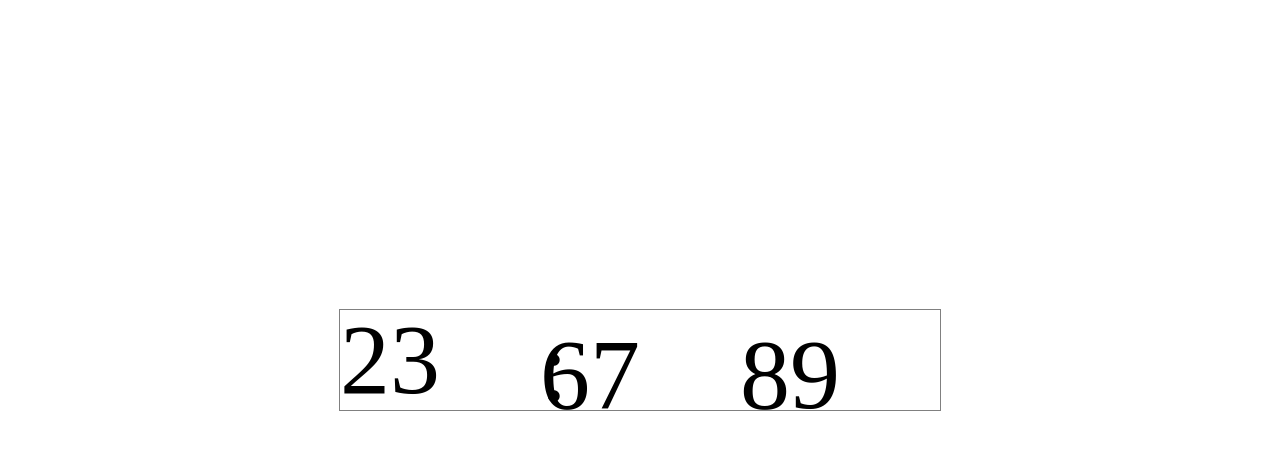
Repository: cbtpro/javascript
Page: src/animation-time/index.html
The author's editor kept a copy of each file at every save. The page is drawn from the files as they stood at one save, then again after the next save.
The browser window is 1280 px wide. The pictures show the whole page.

Above is the page before, as saved 2023-04-05 17:45:19.

### src/animation-time/index.html
<!DOCTYPE html>
<html lang="zh" dir="ltr">

<head>
  <meta charset="utf-8">
  <title>动画时间</title>
  <style type="text/css">
    * {
      margin: 0;
      padding: 0;
    }
    html,
    body {
      margin: 0;
    }

    .container {
      position: absolute;
      font-size: 100px;
      top: 50%;
      left: 50%;
      width: 6em;
      height: 1em;
      transform: translate(-50%, -50%);
      border: 1px gray solid;
      overflow: hidden;
    }

    .time-block {
      float: left;
      position: relative;
      width: 1em;
      line-height: 1em;
      text-align: center;
      word-wrap: break-word;
      transition: top 0.5s;
    }
  </style>
  <script type="text/javascript">
    /**
    * 生成安全随机数
    * @param {*} min 最小值（包含）
    * @param {*} max 最大值（包含）
    * @param {*} isFloat 是否带小数
    * @returns {number} 范围内随机数
    */
    const random = function (min = 0, max = 100, isFloat = false) {
      const array = new Uint32Array(1)
      const maxUint = 0xffffffff
      const randomNumber = crypto.getRandomValues(array)[0] / maxUint
      const randomRangeValue = (max - min + 1) * randomNumber + min
      return isFloat ? randomRangeValue : Math.floor(randomRangeValue)
    }
    // window.onload = () => {
    //   let timeBlocks = document.querySelectorAll('.time-block')
    //   setInterval(() => {
    //     let now = new Date()
    //     let timeStr = `${now.getHours()}${now.getMinutes()}${now.getSeconds()}`
    //     Array.from(timeStr, (num, i) => {
    //       let n = Number(num);
    //       timeBlocks.item(i).style.top = -83 * n + 'px';
    //     })
    //   }, 1000)
    // }
    const tick = (timeBlocks) => {
      let now = new Date()
      let timeStr = `${now.getHours()}${now.getMinutes()}${now.getSeconds()}`
      console.log(timeStr);
      Array.from(timeStr, (num, i) => {
        let n = Number(num);
        timeBlocks.item(i).style.top = -1 * n + 'em';
      })
    }
    const start = () => {
      let timeBlocks = document.querySelectorAll('.time-block')
      window.setTimeout(() => {
        tick(timeBlocks);
        start();
      }, 1000)
    };
    window.onload = () => {
      start();
    }
  </script>
</head>

<body>
  <div class="container">
    <div class="time-block">0123456789</div>
    <div class="time-block">0123456789</div>
    <div>:</div>
    <div class="time-block">0123456789</div>
    <div class="time-block">0123456789</div>
    <div class="time-block">0123456789</div>
    <div class="time-block">0123456789</div>
  </div>
</body>

</html>

After the next save:
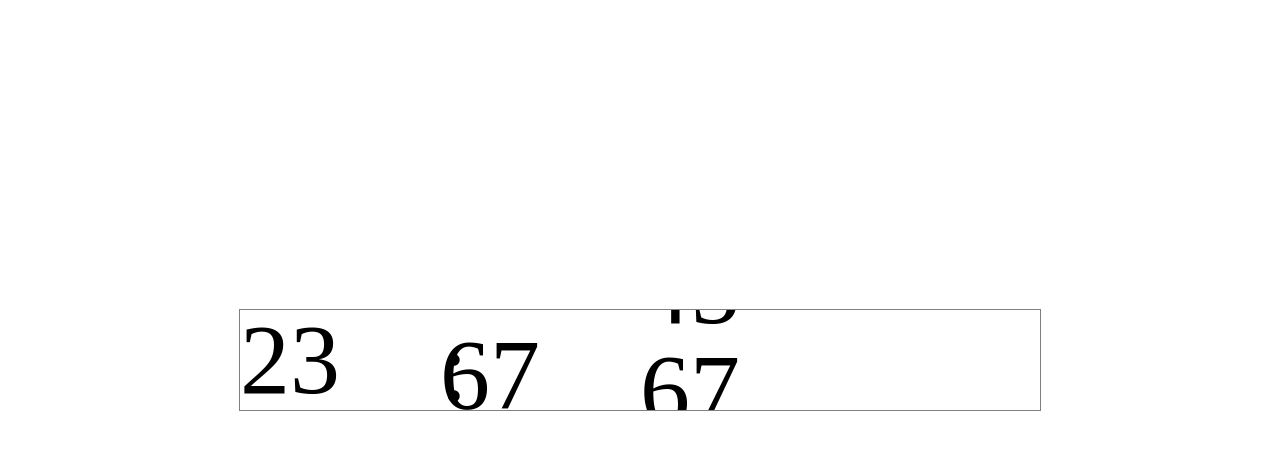
Saved 13 s later.
--- a/src/animation-time/index.html
+++ b/src/animation-time/index.html
@@ -19,7 +19,7 @@
       font-size: 100px;
       top: 50%;
       left: 50%;
-      width: 6em;
+      width: 8em;
       height: 1em;
       transform: translate(-50%, -50%);
       border: 1px gray solid;
@@ -91,6 +91,7 @@
     <div>:</div>
     <div class="time-block">0123456789</div>
     <div class="time-block">0123456789</div>
+    <div>:</div>
     <div class="time-block">0123456789</div>
     <div class="time-block">0123456789</div>
   </div>
